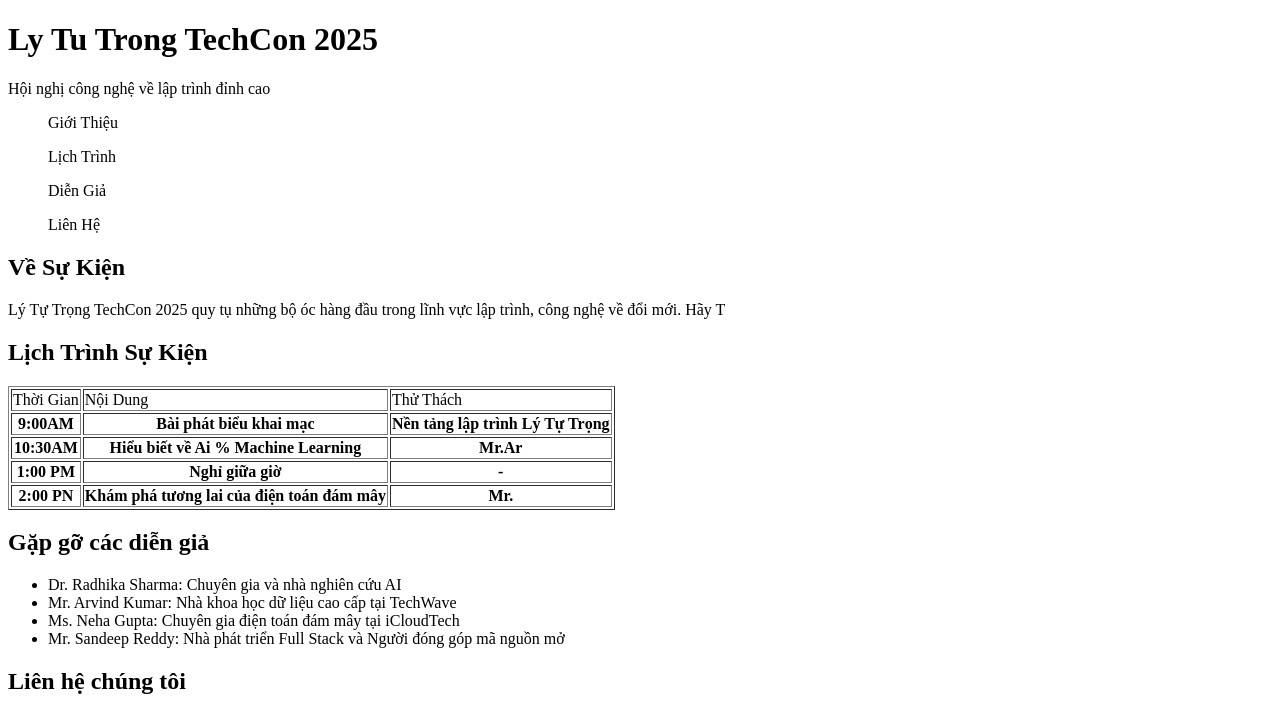
Repository: NhatMinh121/BaiTapVeNha1
Page: index.html
The author's editor kept a copy of each file at every save. The page is drawn from the files as they stood at one save, then again after the next save.
The browser window is 1280 px wide. The pictures show the whole page.

Above is the page before, as saved 2025-03-28 22:24:11.

### index.html
<!DOCTYPE html>
<html lang="en">

<head>
    <meta charset="UTF-8">
    <meta name="viewport" content="width=device-width, initial-scale=1.0">
    <title>Document</title>
    <link rel="stylesheet" href="style.css">
</head>

<body>
    <header>
        <h1>Ly Tu Trong TechCon 2025</h1>
        <p>Hội nghị công nghệ về lập trình đỉnh cao</p>
        <div class="menu">
            <div>
                <ul>Giới Thiệu</ul>
                <ul>Lịch Trình</ul>
                <ul>Diễn Giả</ul>
                <ul>Liên Hệ</ul>
            </div>
        </div>
    </header>
    <main>
        <div class="main-event">
            <h2>Về Sự Kiện</h2>
            <p>Lý Tự Trọng TechCon 2025 quy tụ những bộ óc hàng đầu trong lĩnh vực lập trình, công nghệ về đổi mới. Hãy T</p>
        </div>
        <div class="main-schedule">
            <h2>Lịch Trình Sự Kiện</h2>
            <table border="1">
                <tr>
                    <td>Thời Gian</td>
                    <td>Nội Dung</td>
                    <td>Thử Thách</td>
                </tr>
                <tr>
                    <th>9:00AM</th>
                    <th>Bài phát biểu khai mạc</th>
                    <th>Nền tảng lập trình Lý Tự Trọng</th>
                </tr>
                <tr>
                    <th>10:30AM</th>
                    <th>Hiểu biết về Ai % Machine Learning</th>
                    <th>Mr.Ar</th>
                </tr>
                <tr>
                    <th>1:00 PM</th>
                    <th>Nghỉ giữa giờ</th>
                    <th>-</th>
                </tr>
                <tr>
                    <th>2:00 PN</th>
                    <th>Khám phá tương lai của điện toán đám mây</th>
                    <th>Mr.</th>
                </tr>
            </table>
        </div>
        <div class="Meeting">
            <h2>Gặp gỡ các diễn giả</h2>
            <ul>
                <li><span class="name">Dr. Radhika Sharma:</span> Chuyên gia và nhà nghiên cứu AI</li>
                <li><span class="name">Mr. Arvind Kumar:</span> Nhà khoa học dữ liệu cao cấp tại TechWave</li>
                <li><span class="name">Ms. Neha Gupta:</span> Chuyên gia điện toán đám mây tại iCloudTech</li>
                <li><span class="name">Mr. Sandeep Reddy:</span> Nhà phát triển Full Stack và Người đóng góp mã nguồn mở</li>
            </ul>
        </div>
    </main>

    <footer>
        <div class="footer-contract">
            <h2>Liên hệ chúng tôi</h2>
        </div>
        <div class="note">
        </div>
    </footer>

</body>

Loaded but not shown: style.css (no stored copy; drawn as an empty file)

After the next save:
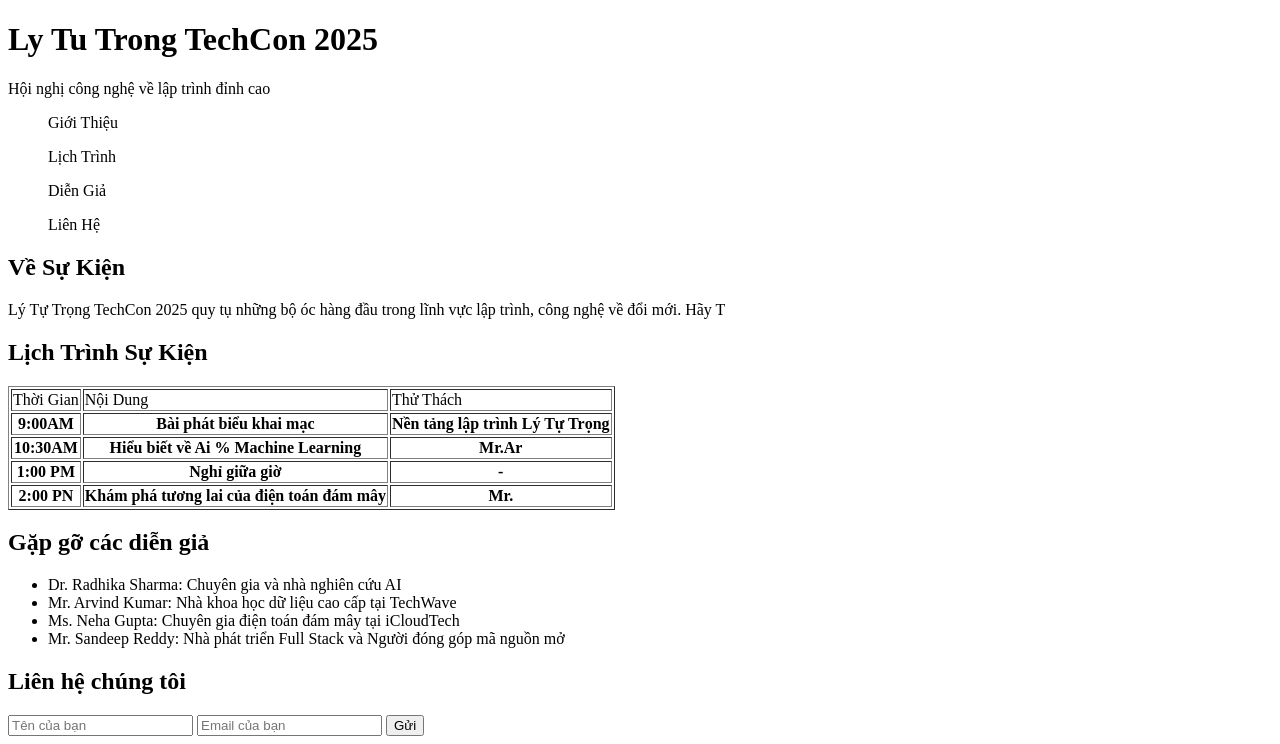
Saved 3 min 55 s later.
--- a/index.html
+++ b/index.html
@@ -70,9 +70,13 @@
     <footer>
         <div class="footer-contract">
             <h2>Liên hệ chúng tôi</h2>
+            <form action="#" method="post">
+                <input type="text" name="name" placeholder="Tên của bạn">
+                <input type="email" name="email" placeholder="Email của bạn">
+                <input type="submit" value="Gửi">
+            </form>
         </div>
-        <div class="note">
-        </div>
+
     </footer>
 
 </body>
